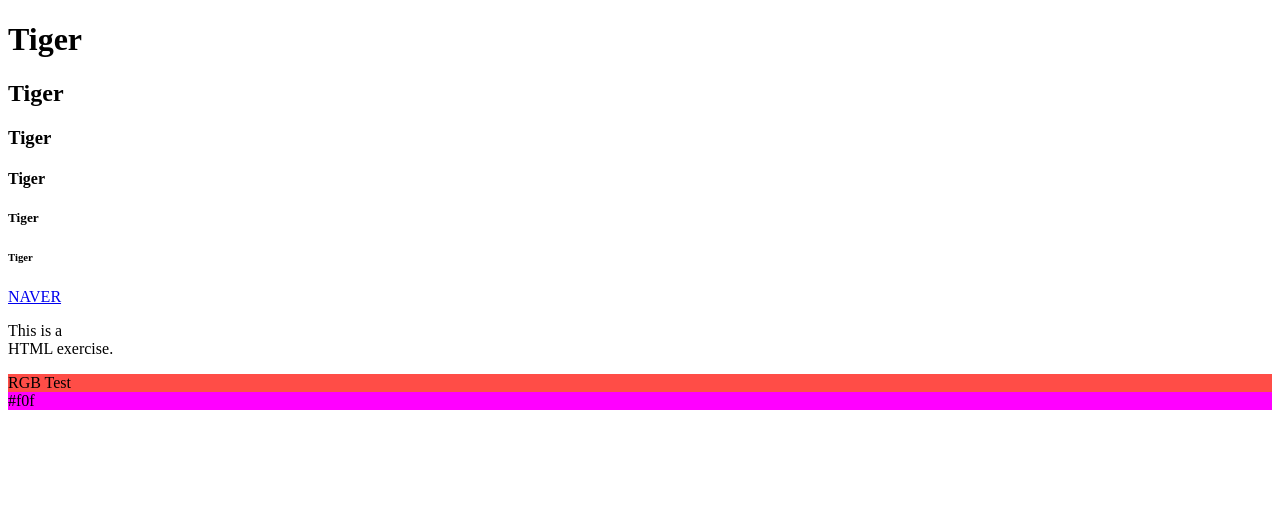
Repository: soobin10236/Class
Page: Web02/src/main/webapp/index.html
An editor plug-in stored every save of this project. The page is shown before and after the next save, followed by the edit.
The browser window is 1280 px wide. The pictures show the whole page.

Above is the page before, as saved 2021-09-06 05:00:51.

### Web02/src/main/webapp/index.html
<!DOCTYPE html>
<html>
<head>
<meta charset="EUC-KR">
<title>Insert title here</title>
</head>
<body>
	<h1>Tiger</h1>
	<h2>Tiger</h2>
	<h3>Tiger</h3>
	<h4>Tiger</h4>
	<h5>Tiger</h5>
	<h6>Tiger</h6>
	<a href="https://www.naver.com">NAVER</a>
	<p>This is a <br/> HTML exercise.</p>
	<!-- Ctrl + Shift + / -->
	<div style="background:rgb(255,77,71)">RGB Test</div>
	<div style="background:#ff00ff">#f0f</div>
</body>
</html>

After the next save:
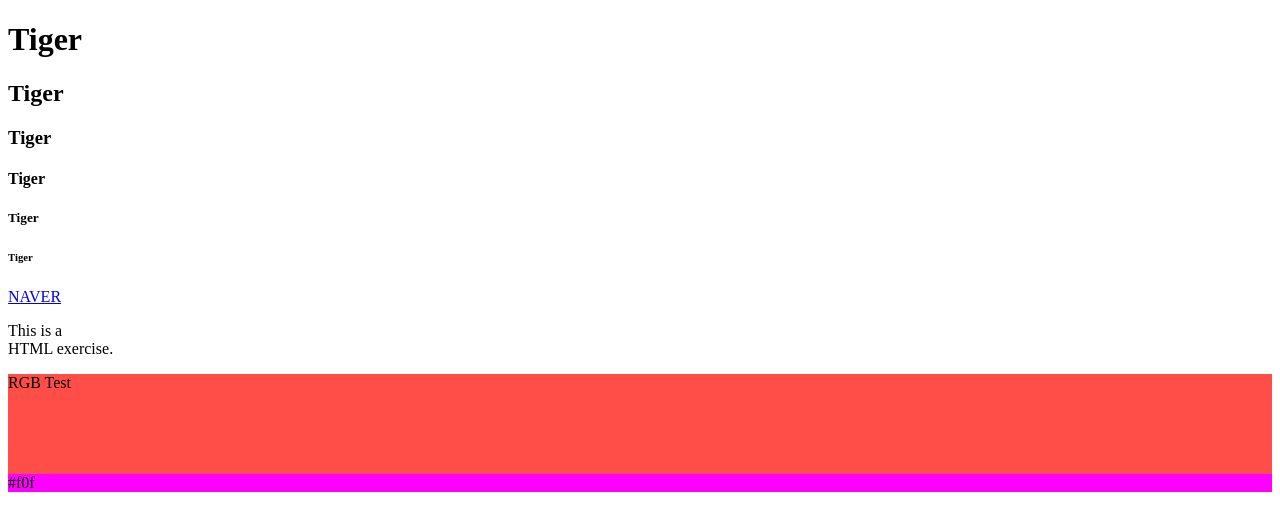
Saved 2 min 20 s later.
--- a/Web02/src/main/webapp/index.html
+++ b/Web02/src/main/webapp/index.html
@@ -14,7 +14,7 @@
 	<a href="https://www.naver.com">NAVER</a>
 	<p>This is a <br/> HTML exercise.</p>
 	<!-- Ctrl + Shift + / -->
-	<div style="background:rgb(255,77,71)">RGB Test</div>
+	<div style="background:rgb(255,77,71);height:100px;">RGB Test</div>
 	<div style="background:#ff00ff">#f0f</div>
 </body>
 </html>
